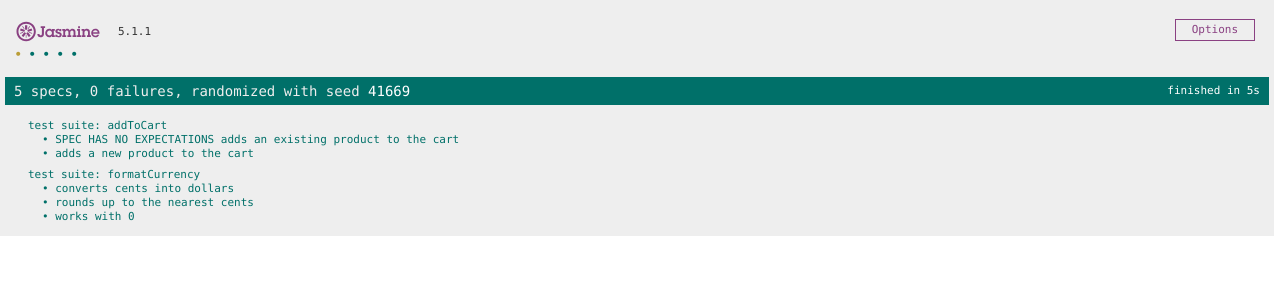
Repository: Jpr-2311/Amazon_Clone
Page: tests-jasmine/tests.html
The author's editor kept a copy of each file at every save. The page is drawn from the files as they stood at one save, then again after the next save.
The browser window is 1280 px wide. The pictures show the whole page.

Above is the page before, as saved 2025-06-19 11:25:29.

After the next save:
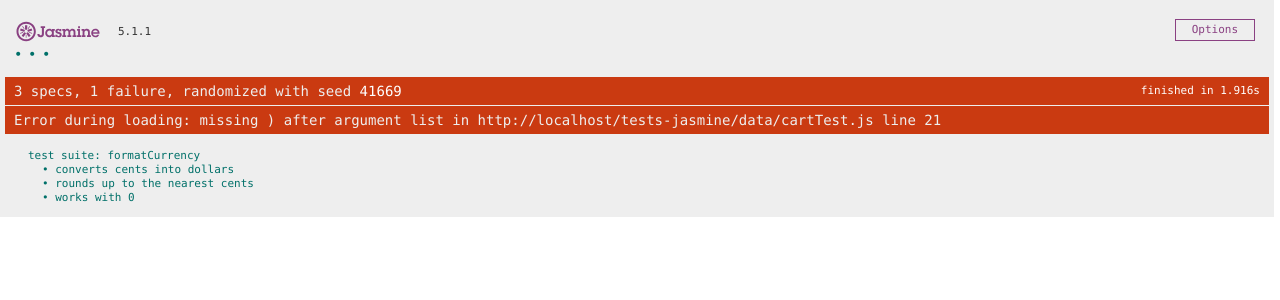
Console error: SyntaxError: missing ) after argument list
Saved 13 s later.
--- a/tests-jasmine/data/cartTest.js
+++ b/tests-jasmine/data/cartTest.js
@@ -18,6 +18,6 @@
       addToCart('e43638ce-6aa0-4b85-b27f-e1d07eb678c6');
       expect(cart.length).toEqual(1);
       expect(localStorage.setItem).toHaveBeenCalledTimes(1);
-      expect(cart[0]).productId;
+      expect(cart[0].productId;
   });
 });

After the 2 saves that followed:
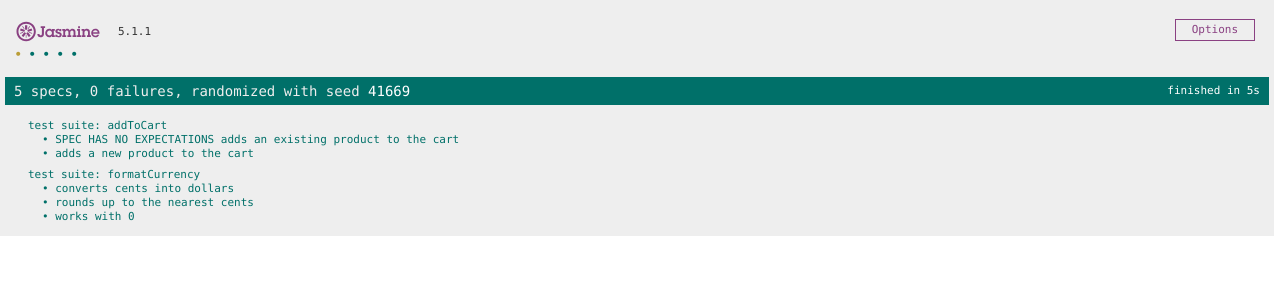
The error is gone.
The 2 saves are shown as one change because they came seconds apart.
The last was saved 7 s later.
--- a/tests-jasmine/data/cartTest.js
+++ b/tests-jasmine/data/cartTest.js
@@ -18,6 +18,6 @@
       addToCart('e43638ce-6aa0-4b85-b27f-e1d07eb678c6');
       expect(cart.length).toEqual(1);
       expect(localStorage.setItem).toHaveBeenCalledTimes(1);
-      expect(cart[0].productId;
+      expect(cart[0].productId).toEqual;
   });
 });
